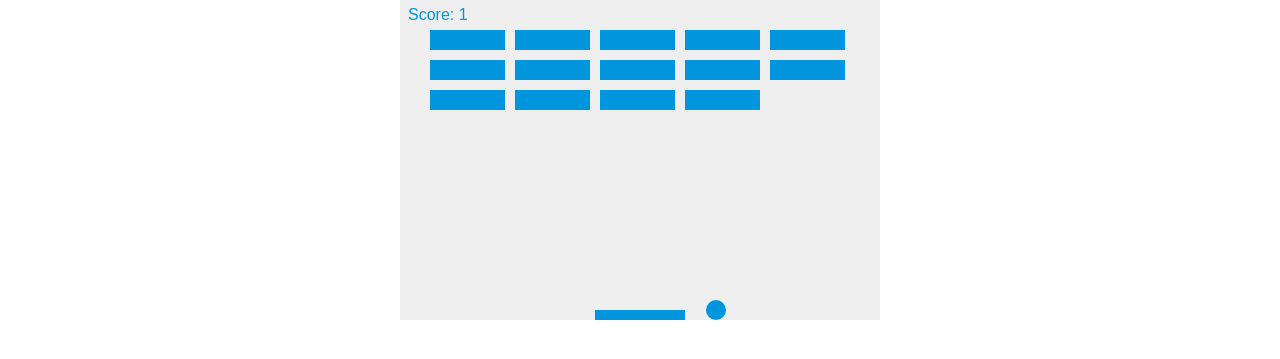
Repository: hara-PG/javascript_operation
Page: block_game/index.html
The author's editor kept a copy of each file at every save. The page is drawn from the files as they stood at one save, then again after the next save.
The browser window is 1280 px wide. The pictures show the whole page.

Above is the page before, as saved 2022-06-28 21:37:20.

After the next save:
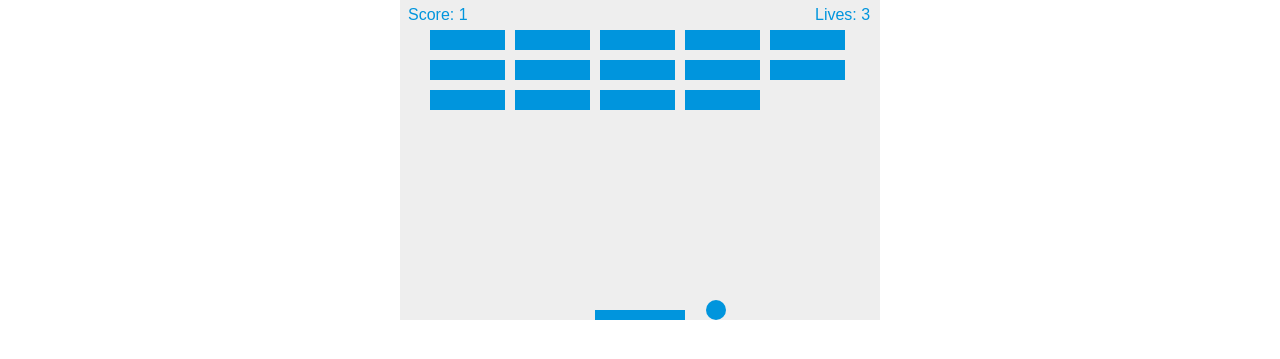
Saved 24 s later.
--- a/block_game/game.js
+++ b/block_game/game.js
@@ -141,6 +141,7 @@
   drawPaddle(); // drawPaddle関数を出力
   drawBricks(); // drawBricks関数を出力
   drawScore();
+  drawLives();
 
   if (x + dx > canvas.width - ballRadius || x + dx < ballRadius) {
     dx = -dx; // ボールが壁に当たると(X軸)反転させるため！ X軸を＋値・ー値に反転させている

After the save that followed:
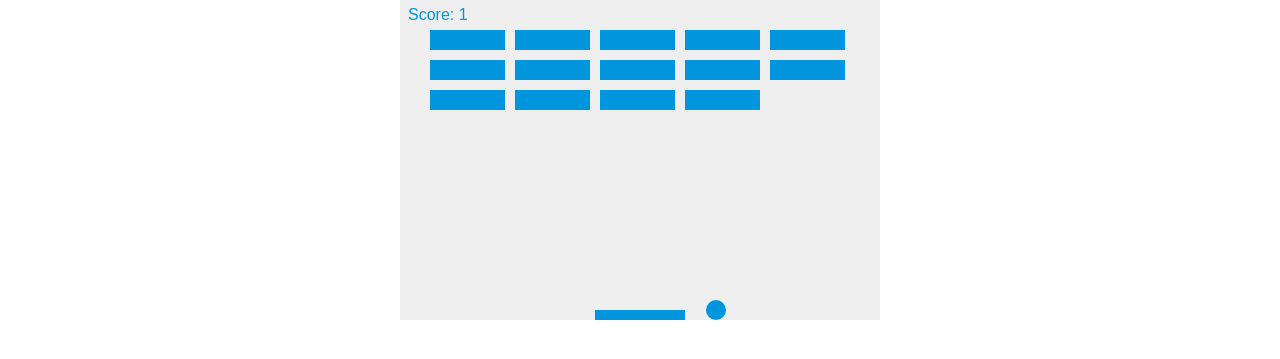
Saved 2 min 55 s later.
--- a/block_game/game.js
+++ b/block_game/game.js
@@ -24,9 +24,6 @@
 
 // スコア
 let score = 0;
-
-// ライフ
-let lives = 3;
 
 document.addEventListener("keydown", keyDownHandler, false); // keydownイベントが発火したとき (どれかが押されたとき) 、keyDownHandler()関数が実行
 document.addEventListener("keyup", keyUpHandler, false); // keyupイベントが発火した時　(そのキーが押されなくなったき) 、keyUpHandler()関数が実行
@@ -79,12 +76,6 @@
   ctx.font = "16px Arial";
   ctx.fillStyle = color;
   ctx.fillText("Score: " + score, 8, 20);
-}
-
-function drawLives() {
-  ctx.font = "16px Arial";
-  ctx.fillStyle = "#0095DD";
-  ctx.fillText("Lives: " + lives, canvas.width - 65, 20);
 }
 
 function drawBall() {
@@ -141,7 +132,6 @@
   drawPaddle(); // drawPaddle関数を出力
   drawBricks(); // drawBricks関数を出力
   drawScore();
-  drawLives();
 
   if (x + dx > canvas.width - ballRadius || x + dx < ballRadius) {
     dx = -dx; // ボールが壁に当たると(X軸)反転させるため！ X軸を＋値・ー値に反転させている
@@ -153,17 +143,8 @@
       // ボールがパドルに当たると反転する。
       dy = -dy;
     } else {
-      lives--;
-      if (!lives) {
-        alert("GAME OVER");
-        document.location.reload();
-      } else {
-        x = canvas.width / 2;
-        y = canvas.height - 30;
-        dx = 2;
-        dy = -2;
-        paddleX = (canvas.width - paddleWidth) / 2;
-      }
+      alert("Game Over!");
+      location.reload(); // 再読み込みボタンのように現在の URL を再読み込み
       clearInterval(interval); // clearInterval(intervalID) タイマーの繰り返し動作を取り消す
     }
   }
